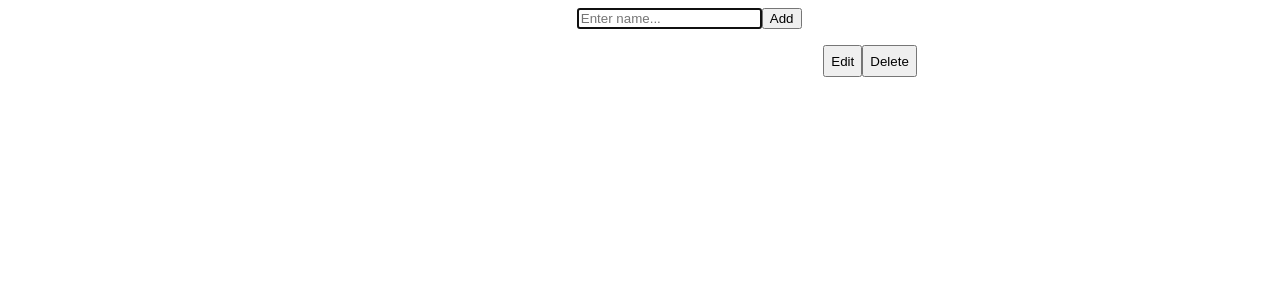
Repository: dohuuxuyen/redux-todolist
Page: /, after clicking the first element matching `button`
The author's editor kept a copy of each file at every save. The page is drawn from the files as they stood at one save, then again after the next save.
The browser window is 1280 px wide. The pictures show the whole page.
The project was rebuilt for these pictures with package versions that can differ from the ones it lists, and the page was loaded fresh each time. Also part of the build but not shown: src/App.css.

Above is the page before, as saved 2022-04-30 13:56:42.

### src/index.js
import React from "react";
import ReactDOM from "react-dom/client";
import { Provider } from "react-redux";
import App from "./App";
import store from "./redux/store";

const root = ReactDOM.createRoot(document.getElementById("root"));
root.render(
  <Provider store={store}>
    <App />
  </Provider>
);

### src/App.js
import "./App.css";
import Todos from "./components/Todos/Todos";

function App() {
  return (
    <div className="App">
      <Todos />
    </div>
  );
}

export default App;

### src/components/Todos/Todos.jsx
import React, { useRef } from "react";
import { useDispatch, useSelector } from "react-redux";
import { addTodos, deleteTodos, setTodoInput } from "../../redux/actions";
import { todoInputSelector, todosSelector } from "../../redux/selector";

const Todos = () => {
  const refTodoInput = useRef();
  const todoInput = useSelector(todoInputSelector);
  const todos = useSelector(todosSelector);
  const dispatch = useDispatch();
  console.log(todos);

  const handleTodoInputChange = (e) => {
    dispatch(setTodoInput(e.target.value));
  };

  const handleAdd = () => {
    dispatch(addTodos(todoInput));
    dispatch(setTodoInput(""));
    refTodoInput.current.focus();
  };
  console.log(todoInput);

  const handleDelete = (index) => {
    dispatch(deleteTodos(index));
  };
  return (
    <div style={{ width: "500px", marginLeft: "45%" }}>
      <input
        ref={refTodoInput}
        value={todoInput}
        type="text"
        placeholder="Enter name..."
        onChange={handleTodoInputChange}
      />
      <button onClick={handleAdd}>Add</button>
      <ul style={{ width: "300px" }}>
        {todos.map((todo, index) => (
          <li style={{ display: "flex" }} key={index}>
            <p style={{ flex: "1" }}>{todo}</p>
            <button style={{}} onClick={() => handleDelete(index)}>
              Edit
            </button>
            <button style={{}} onClick={() => handleDelete(index)}>
              Delete
            </button>
          </li>
        ))}
      </ul>
    </div>
  );
};

export default Todos;

### src/redux/reducer.js
import { combineReducers } from "redux";
import todosReducer from "../components/Todos/todosReducer";

const rootReducer = combineReducers({
  todos: todosReducer,
});

export default rootReducer;

### src/redux/actions.js
export const searchFilter = (payload) => {
  return {
    type: "Filter/SEARCH_FILTER",
    payload: payload,
  };
};

export const setTodoInput = (payload) => {
  return {
    type: "Todos/SET_TODO_INPUT",
    payload: payload,
  };
};

export const addTodos = (payload) => {
  return {
    type: "Todos/ADD_TODOS",
    payload: payload,
  };
};

export const deleteTodos = (payload) => {
  return {
    type: "Todos/DELETE_TODOS",
    payload: payload,
  };
};

export const clearTodos = (payload) => {
  return {
    type: "Todos/CLEAR_TODOS",
    payload: payload,
  };
};

export const updateTodos = (payload) => {
  return {
    type: "Todos/UPDATE_TODOS",
    payload: payload,
  };
};

### src/redux/selector.js
export const todoInputSelector = (state) => state.todos.todoInput;
export const todosSelector = (state) => state.todos.todos;

### src/components/Todos/todosReducer.js
const initialState = {
  todoInput: "",
  todos: [],
};

const todosReducer = (state = initialState, action) => {
  switch (action.type) {
    case "Todos/SET_TODO_INPUT":
      return {
        ...state,
        todoInput: action.payload,
      };
    case "Todos/ADD_TODOS":
      return {
        ...state,
        todos: [...state.todos, action.payload],
      };
    case "Todos/DELETE_TODOS":
      return {
        ...state,
        todos: [
          ...state.todos.filter((todo, index) => index !== action.payload),
        ],
      };
    default:
      return state;
  }
};

export default todosReducer;

Loaded but not shown: public/index.html (common file); src/redux/store.js (common file)

After the next save:
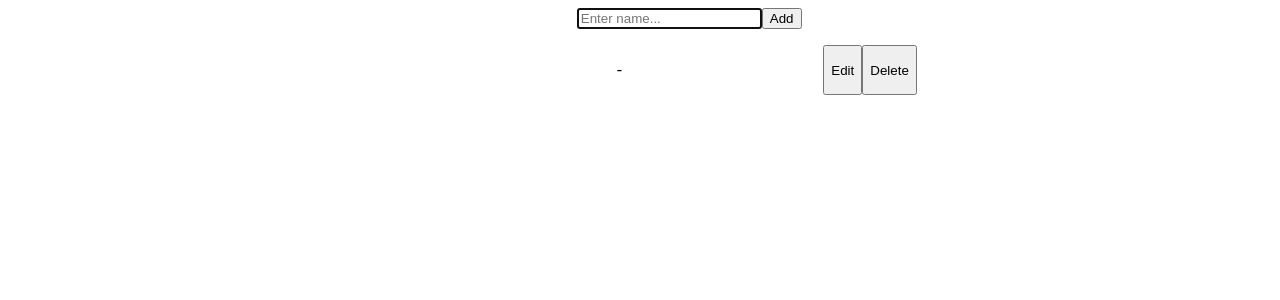
Saved 26 s later.
--- a/src/components/Todos/Todos.jsx
+++ b/src/components/Todos/Todos.jsx
@@ -37,7 +37,7 @@ const Todos = () => {
       <ul style={{ width: "300px" }}>
         {todos.map((todo, index) => (
           <li style={{ display: "flex" }} key={index}>
-            <p style={{ flex: "1" }}>{todo}</p>
+            <p style={{ flex: "1" }}>- {todo}</p>
             <button style={{}} onClick={() => handleDelete(index)}>
               Edit
             </button>
